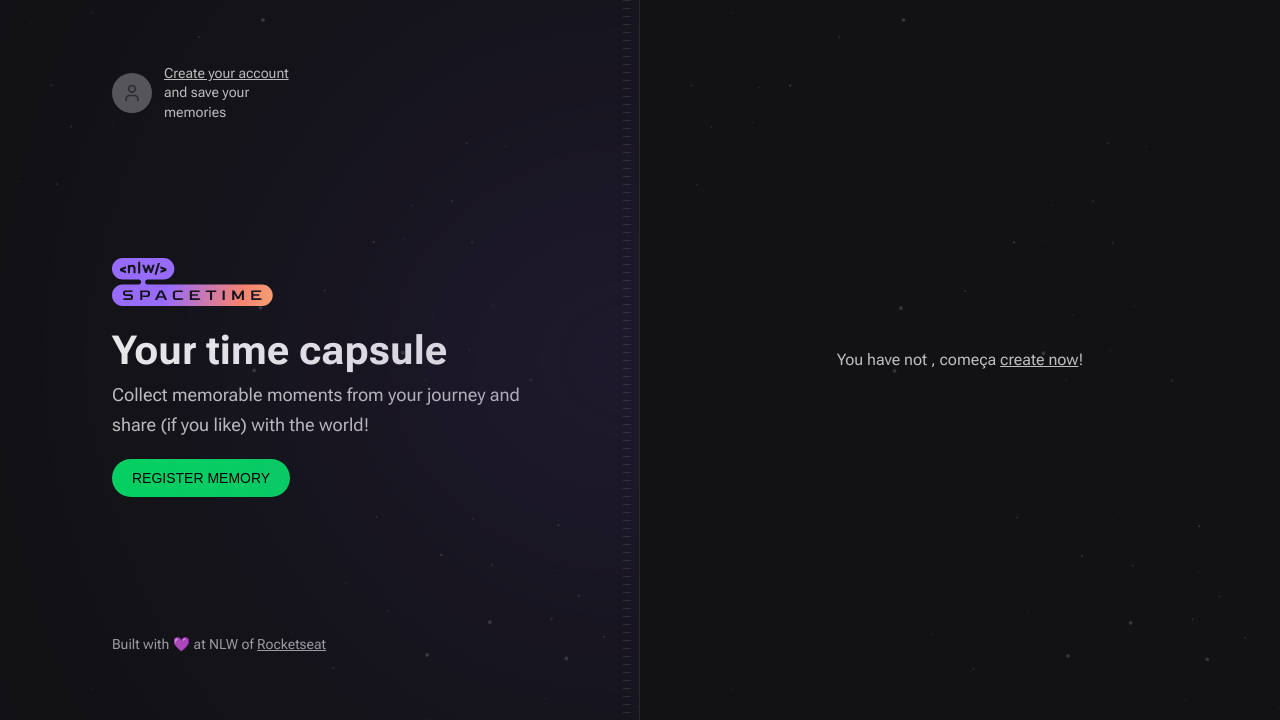
Repository: alexandrecpedro/spacetime
Page: / (app in frontend/)
The author's editor kept a copy of each file at every save. The page is drawn from the files as they stood at one save, then again after a run of saves.
The browser window is 1280 px wide. The pictures show the whole page.
Some web fonts or font styles are not loaded; a fallback is used. The project was rebuilt for these pictures with package versions that can differ from the ones it lists, and the page was loaded fresh each time. The framework's server and built-in components were replaced by stand-ins that run in the browser. Also part of the build but not shown: frontend/next.config.js.

Above is the page before, as saved 2023-05-16 21:35:15.

### frontend/src/app/layout.tsx
import './globals.css'
import { ReactNode } from 'react'
import {
  Roboto_Flex as Roboto,
  Bai_Jamjuree as BaiJamjuree,
} from 'next/font/google'
import { NextFontWithVariable } from 'next/dist/compiled/@next/font'

const roboto: NextFontWithVariable = Roboto({
  subsets: ['latin'],
  variable: '--font-roboto',
})

const baiJamjuree: NextFontWithVariable = BaiJamjuree({
  subsets: ['latin'],
  weight: '700',
  variable: '--font-bai-jamjuree',
})

export const metadata = {
  title: 'NLW Spacetime',
  description:
    'A time capsule built with React, Next.js, TailwindCSS and Typescript.',
}

export default function RootLayout({ children }: { children: ReactNode }) {
  return (
    <html lang="en">
      <body
        className={`${roboto.variable} ${baiJamjuree.variable} bg-gray-900 font-sans text-gray-100`}
      >
        {children}
      </body>
    </html>
  )
}

### frontend/src/app/page.tsx
import { User } from 'lucide-react'

import nlwLogo from '../assets/nlw-spacetime-logo.svg'
import Image from 'next/image'

export default function Home() {
  return (
    <main className="grid min-h-screen grid-cols-2">
      {/* Left */}
      <div className="relative flex flex-col items-start justify-between overflow-hidden border-r border-white/10 bg-[url(../assets/bg-stars.svg)] bg-cover px-28 py-16">
        {/* Blur */}
        <div className="absolute right-0 top-1/2 h-[288px] w-[526px] -translate-y-1/2 translate-x-1/2 rounded-full bg-purple-700 opacity-50 blur-full" />

        {/* Stripes */}
        <div className="absolute bottom-0 right-2 top-0 w-2 bg-stripes" />

        {/* Sign In */}
        <a
          href=""
          className="flex items-center gap-3 text-left transition-colors hover:text-gray-50"
        >
          <div className="flex h-10 w-10 items-center justify-center rounded-full bg-gray-400">
            <User className="h-5 w-5 text-gray-500" />
          </div>

          <p className="max-w-[140px] text-sm leading-snug">
            <span className="underline">Create your account</span> and save your
            memories
          </p>
        </a>

        {/* Hero */}
        <div className="space-y-5">
          <Image src={nlwLogo} alt="NLW Spacetime" />

          <div className="max-w-[420px] space-y-1">
            <h1 className="text-5xl font-bold leading-tight text-gray-50">
              Your time capsule
            </h1>
            <p className="text-lg leading-relaxed">
              Collect memorable moments from your journey and share (if you
              like) with the world!
            </p>
          </div>

          <a
            className="inline-block rounded-full bg-green-500 px-5 py-3 font-alt text-sm uppercase leading-none text-black hover:bg-green-600"
            href=""
          >
            REGISTER MEMORY
          </a>
        </div>

        {/* Copyright */}
        <div className="text-sm leading-relaxed text-gray-200">
          Built with 💜 at NLW of{' '}
          <a
            target="_blank"
            rel="noreferrer"
            className="underline hover:text-gray-100"
            href="https://rocketseat.com.br"
          >
            Rocketseat
          </a>
        </div>
      </div>

      {/* Right */}
      <div className="flex flex-col bg-[url(../assets/bg-stars.svg)] bg-cover p-16">
        <div className="flex flex-1 items-center justify-center">
          <p className="w-[360px] text-center leading-relaxed">
            You have not  , começa{' '}
            <a href="" className="underline hover:text-gray-50">
              create now
            </a>
            !
          </p>
        </div>
      </div>
    </main>
  )
}

Loaded but not shown: frontend/src/app/globals.css (common file); frontend/tailwind.config.js (common file)

After the next 2 saves:
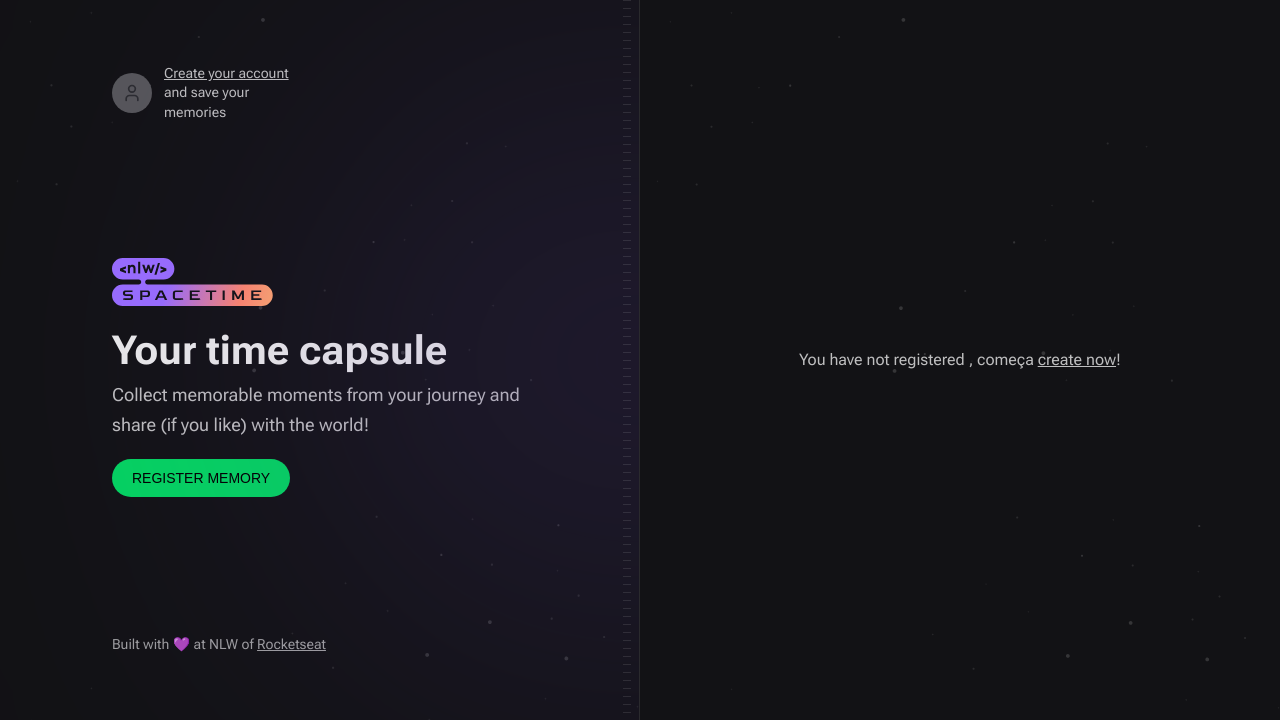
The 2 saves are shown as one change because they came seconds apart.
The last was saved 47 s later.
--- a/frontend/src/app/page.tsx
+++ b/frontend/src/app/page.tsx
@@ -69,7 +69,7 @@ export default function Home() {
       <div className="flex flex-col bg-[url(../assets/bg-stars.svg)] bg-cover p-16">
         <div className="flex flex-1 items-center justify-center">
           <p className="w-[360px] text-center leading-relaxed">
-            You have not  , começa{' '}
+            You have not registered  , começa{' '}
             <a href="" className="underline hover:text-gray-50">
               create now
             </a>
